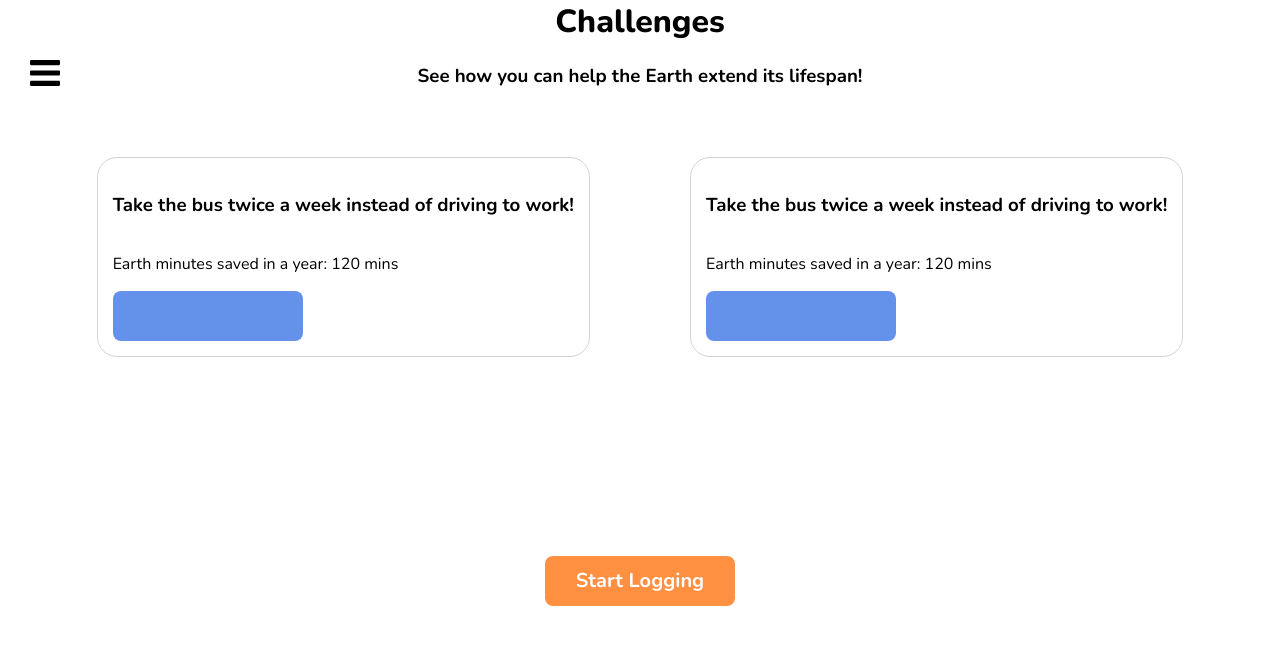
Repository: cho196/Timearth
Page: /challenges
The author's editor kept a copy of each file at every save. The page is drawn from the files as they stood at one save, then again after a run of saves.
The browser window is 1280 px wide. The pictures show the whole page.
The project was rebuilt for these pictures with package versions that can differ from the ones it lists, and the page was loaded fresh each time. The framework's server and built-in components were replaced by stand-ins that run in the browser. Also part of the build but not shown: next.config.js.

Above is the page before, as saved 2022-04-12 22:07:29.

### pages/challenges.js
import ChallengeCont from "../comps/Challenge_cont";
import Layout from "../comps/Layout/page"

export default function Challenges() {
    return <div>
    <Layout></Layout>
    <h1>Challenges</h1>
        <h3>See how you can help the Earth
extend its lifespan!</h3>
        <div class="challenges">
        <ChallengeCont></ChallengeCont>
        <ChallengeCont></ChallengeCont>
        </div>
    </div>
}

### styles/globals.css
@import url('https://fonts.googleapis.com/css2?family=Nunito:wght@400;500;600;700;800&display=swap');

html,
body {
  padding: 0;
  margin: 0;
  font-family: 'Nunito', sans-serif;
  text-align: center;
}

a {
  color: inherit;
  text-decoration: none;
}

* {
  box-sizing: border-box;
}

h1 {
    font-weight: 800;
    font-size: 32px;
    line-height: 44px;
    width: 90%;
    margin:auto;
}

h4 {
    font-weight: 400;
    font-size: 18px;
    line-height: 25px;
    margin-top: 0;
    width: 90%;
}

button {
    font-family: 'Nunito', sans-serif;
    border: none;
    font-style: normal;
    cursor: pointer;
}

.logomark {
    width: 12em;
    height: 12em;
    margin-top: 2em;
}

.background-shape {
    position: absolute;
    bottom: 0;
    height: 30%;
    width: 100%;
    border-radius: 50% 50% 0 0;
    background-color: #6B97ED;
    z-index: -1;
}

.section-selection {
    display: flex;
    flex-wrap: wrap;
    justify-content: center;
}

/* challenges */
.challenges {
    display:flex;
    flex-wrap:wrap;
    justify-content: center;
}



@media only screen and (max-width: 600px) and (max-height: 750px){
    .logomark {
        width: 10em;
        height: 10em;
        margin-top: 0.5em;
    }

    h1 {
        font-size: 24px;
    }

    h4 {
        font-size: 16px;
    }

}

### comps/Challenge_cont.js
import { useRouter } from "next/router";
import styled from 'styled-components';
import { cat1, cat2, cat3, cat4, cat5, cat6 } from "../data/intro_content";
import { SecondaryButton } from "./Button";


const Challenge_cont = styled.div`
border:1px solid lightgrey;
border-radius:20px;
display:flex;
flex-direction:column;
align-items:flex-start;
margin:50px;
padding:15px;
`
const ChallengeHeading = styled.div`
display:flex;`

export function challengeHeading() {
    return <div>
       <h2>Challenge Category</h2>
        <img class="challenge-img" src={cat1.img} />
    </div>
}

export default function ChallengeCont() {
    return <Challenge_cont>
        <ChallengeHeading />
        <h3>Take the bus twice a week instead of driving to work!</h3>
        <p>Earth minutes saved in a year: 120 mins</p>
        <SecondaryButton></SecondaryButton>
    </Challenge_cont>
}

### comps/Layout/page.js
import { useRouter } from "next/router";
import styled from 'styled-components';
import Menu from "../Menu";
import { PrimaryButton } from '../Button'

const LayoutComp = styled.div`
    display: flex;
    flex-direction: column;
    justify-content: center;
    align-items: center;
`

export default function Layout() {

    return (
        <LayoutComp>
            <Menu />
            <PrimaryButton/>
        </LayoutComp>
    )
}

### data/intro_content.js
export const PageTitle ="Let’s Start!"

export const cat1 = {
    title: "Transportation",
    img: "/transportation.svg"
}

export const cat2 = {
    title: "Food",
    img: "/food.svg"
}

export const cat3 = {
    title: "Water",
    img: "/water.svg"
}

export const cat4 = {
    title: "Electricity",
    img: "/electricity.svg"
}

export const cat5 = {
    title: "Waste",
    img: "/waste.svg"
}

export const cat6 = {
    title: "Shopping",
    img: "/shopping.svg"
}

### comps/Button.js
import { BtnStyle, BtnText, TextBtnStyle } from "../data/index_content"
import { useRouter } from "next/router";
import styled from 'styled-components';

const Button = styled.button`
    background-color: ${props => BtnStyle[props.BtnStyle].bgcolor};
    color: ${props => BtnStyle[props.BtnStyle].txtcolor};
    font-weight: 700;
    font-size: 20px;
    line-height: 27px;
    border-radius: 8px;
    width: 190px;
    height: 50px;
    bottom: 15.88%;
    position: absolute;
`
const TextButton = styled.div`
    display: flex;
    position: absolute;
    font-style: normal;
    font-weight: 700;
    font-size: 18px;
    line-height: 25px;
    cursor: pointer;
    left: ${props => TextBtnStyle[props.TextBtnStyle].left};
    right: ${props => TextBtnStyle[props.TextBtnStyle].right};
    top: 45px;
    color: ${props => TextBtnStyle[props.TextBtnStyle].color}
`
const StartButton = styled.button`
    background-color: ${props => BtnStyle[props.BtnStyle].bgcolor};
    color: ${props => BtnStyle[props.BtnStyle].txtcolor};
    font-weight: 700;
    font-size: 20px;
    line-height: 27px;
    border-radius: 8px;
    width: 190px;
    height: 50px;
`

export function BackButton() {
    const r = useRouter();

    return <TextButton
        TextBtnStyle="back"
        onClick={
            () => {
                r.replace(
                    {
                        pathname: "/intro"
                    }
                )
            }
        }>
        <img src ="../chevronleft.svg"></img>
        {BtnText.back}
    </TextButton>
}

export function SkipButton() {
    // const r = useRouter();

    return <TextButton
        TextBtnStyle = "skip">
        {BtnText.skip}
    </TextButton>
}

export function CTAButton() {
    const r = useRouter();

    return <Button
        BtnStyle="white"
        onClick={
            () => {
                r.replace(
                    {
                        pathname: "/intro"
                    }
                )
            }
        }
    >{BtnText.index}
    </Button>
}

export function PrimaryButton() {
    const r = useRouter();
    return <Button
        BtnStyle="orange"
        onClick={
            () => {
                r.replace(
                    {
                        pathname: "/questions"
                    }
                )
            }
        }
    >{BtnText.intro}
    </Button>
}

export function NextButton() {
    const r = useRouter();

    return <Button
        BtnStyle="white"
        onClick={
            () => {
                r.replace(
                    {
                        pathname: "/intro"
                    }
                )
            }
        }
    >{BtnText.next}
    </Button>
}

export function SecondaryButton() {
    const r = useRouter();

    return <StartButton
        BtnStyle="blue"
        onClick={
            () => {
                r.replace(
                    {
                        pathname: "./"
                    }
                )
            }
        }
    >{BtnText.start}
    </StartButton>
}

### comps/Menu.js
import { useRouter } from "next/router";
import styled from 'styled-components';

const Hamburger = styled.img`
    position: absolute;
    width: 30px;
    height: 26px;
    left: 30px;
    top: 60px;
    cursor: pointer;
`

export default function Menu() {

    return <Hamburger
        src="/hamburger.svg"
        alt="Hamburger Menu"
        onClick={
            () => {

            }
        }
    />

}

### data/index_content.js
export const PageTitle = "It’s time to log your changes!";

export const TextBtnStyle = {
    back: {
        color: "#000000",
        left: "14px"

    },

    skip: {
        color: "#BFBFBF",
        right: "30px"
    }
}

export const BtnStyle = {
    blue: {
        bgcolor: "#6491E9",
        txtcolor: "#FFFFFF"
    },

    orange: {
        bgcolor: "#FF9042",
        txtcolor: "#FFFFFF"
    },

    white: {
        bgcolor: "#FFFFFF",
        txtcolor: "#000000"
    },

    inactive: {
        bgcolor: "#DADADA",
        txtcolor: "#FFFFFF"
    }
}

export const BtnText = {
    index: "Get Started",
    intro: "Start Logging",
    next: "Next",
    back: "Back",
    skip: "Skip"
}

Loaded but not shown: pages/_app.js (common file)

After the next 3 saves:
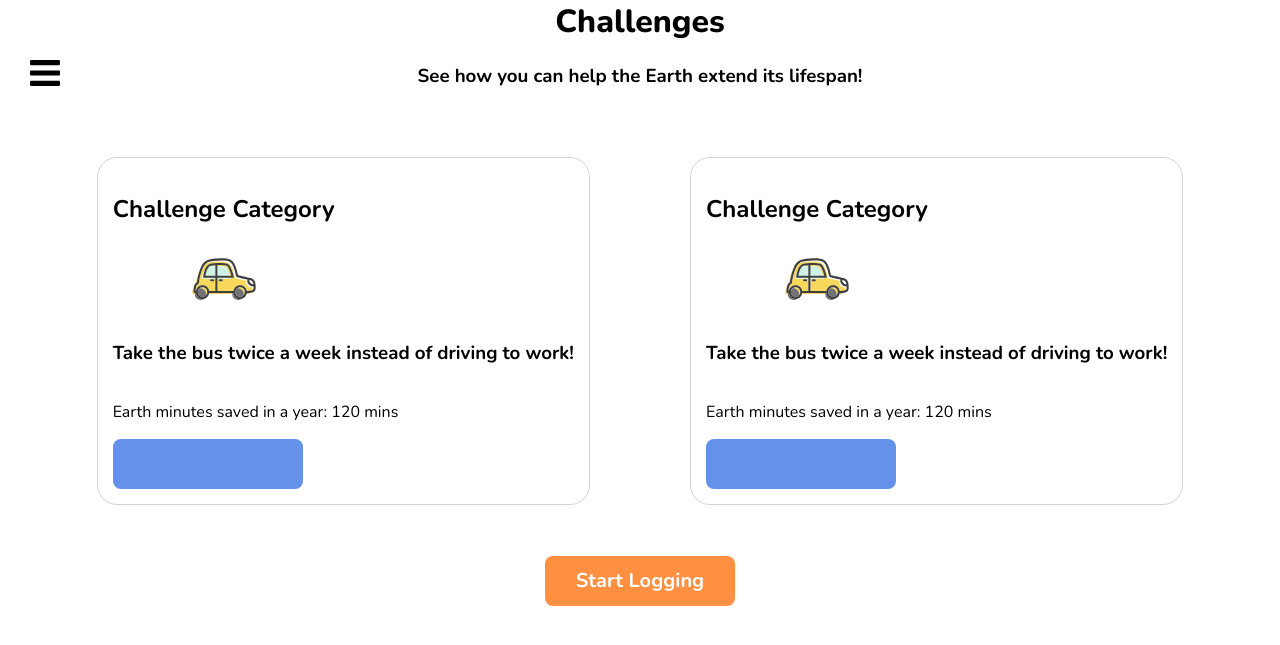
The 3 saves are shown as one change because 2 did not build or start.
The last was saved 35 s later.
--- a/comps/Challenge_cont.js
+++ b/comps/Challenge_cont.js
@@ -13,10 +13,9 @@ align-items:flex-start;
 margin:50px;
 padding:15px;
 `
-const ChallengeHeading = styled.div`
-display:flex;`
 
-export function challengeHeading() {
+
+export function ChallengeHeading() {
     return <div>
        <h2>Challenge Category</h2>
         <img class="challenge-img" src={cat1.img} />
